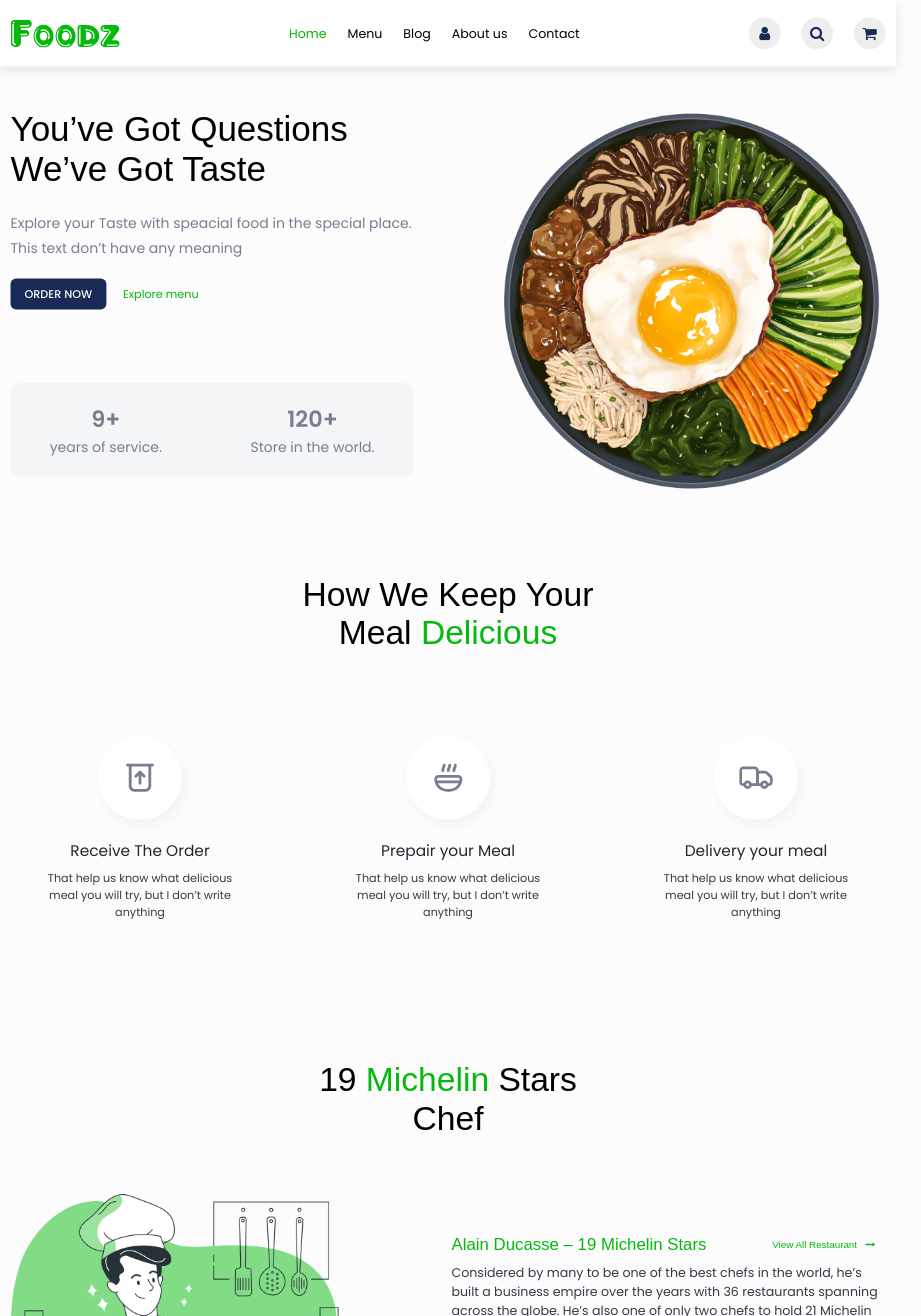
Repository: Toan3333/fooz
Page: index.html
An editor plug-in stored every save of this project. The page is shown before and after the next save, followed by the edit.
The browser window is 1280 px wide. The page is 1312 px wide, then 1316 px, so the pictures cover 1316 px, including what lies to the right of the window. The pictures show the part of the page from y = 0 to 1880 px (the page is 5615 px tall before and 5694 px after), at 70% of full size.
Some web fonts or font styles are not loaded; a fallback is used.

Above is the page before, as saved 2023-06-09 10:33:39.

After the next save:
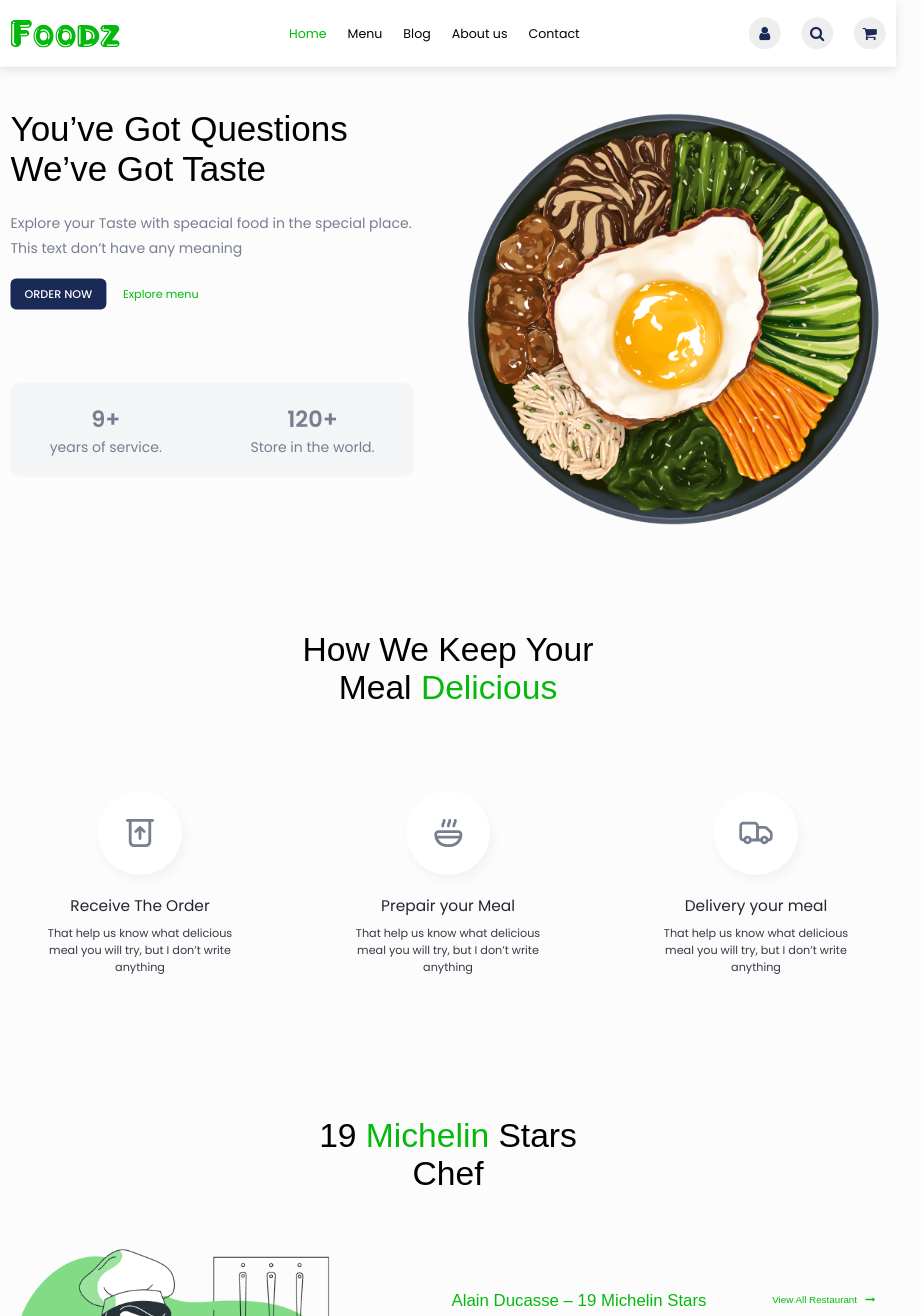
Saved 14 s later.
--- a/index.html
+++ b/index.html
@@ -107,9 +107,7 @@
               </div>
             </div>
             <div class="hero-image">
-              <div class="hero-image__img">
-                <img src="./assets/images/hero-bg.png" alt="" />
-              </div>
+              <img src="./assets/images/hero-bg.png" alt="" />
             </div>
           </div>
         </div>
